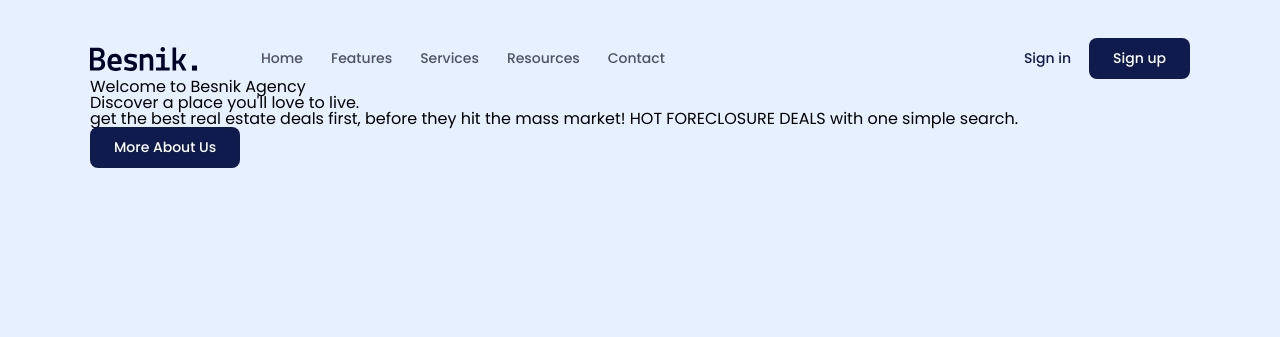
Repository: ducvui2003/f8-project-01
Page: index.html
These files come from the project's save history. The page is drawn as it stood at one moment and after the next save; the edit follows.
The browser window is 1280 px wide. The pictures show the whole page.

Above is the page before, as saved 2023-06-16 19:34:45.

### index.html
<!DOCTYPE html>
<html lang="en">

<head>
    <meta charset="UTF-8">
    <meta name="viewport" content="width=device-width, initial-scale=1.0">
    <title>f8-procject-01</title>

    <link rel="stylesheet" href="./asset/css/reset.css">
    <link rel="stylesheet" href="./asset/font/stylesheet.css">
    <link rel="stylesheet" href="./asset/css/styles.css">
</head>

<body>
    <main>
        <!-- Header -->
        <header class="header">
            <div class="content">
                <!--  -->
                <nav class="nav">
                    <!-- Logo -->
                    <img src="./asset/img/logo.svg" alt="">

                    <!-- Navigation -->
                    <ul>
                        <li><a href="">Home</a></li>
                        <li><a href="">Features</a></li>
                        <li><a href="">Services</a></li>
                        <li><a href="">Resources</a></li>
                        <li><a href="">Contact</a></li>
                    </ul>

                    <!-- Action -->
                    <div class="actions">
                        <a href="#!" class="action-link">Sign in</a>
                        <a href="#!" class="btn action-btn">Sign up</a>
                    </div>
                </nav>
                <div class="hero">
                    <div class="info">
                        <p class="sub-title">Welcome to Besnik Agency</p>
                        <h1 class="title">Discover a place
                            you'll love to live.</h1>
                        <p class="desc">get the best real estate deals first,
                            before they hit the mass market! HOT FORECLOSURE DEALS with one simple
                            search.</p>
                        <a href="#!" class="btn">More About Us</a>
                    </div>
                </div>
            </div>
        </header>

    </main>
</body>

</main>

</html>

### asset/font/stylesheet.css
/* =======Poppins font=========== */
@font-face {
  font-family: "Poppins";
  src: url("Poppins/Poppins-Black.woff2") format("woff2"),
    url("Poppins/Poppins-Black.woff") format("woff");
  font-weight: 900;
  font-style: normal;
  font-display: swap;
}

@font-face {
  font-family: "Poppins";
  src: url("Poppins/Poppins-BlackItalic.woff2") format("woff2"),
    url("Poppins/Poppins-BlackItalic.woff") format("woff");
  font-weight: 900;
  font-style: italic;
  font-display: swap;
}

@font-face {
  font-family: "Poppins";
  src: url("Poppins/Poppins-Bold.woff2") format("woff2"),
    url("Poppins/Poppins-Bold.woff") format("woff");
  font-weight: bold;
  font-style: normal;
  font-display: swap;
}

@font-face {
  font-family: "Poppins";
  src: url("Poppins/Poppins-BoldItalic.woff2") format("woff2"),
    url("Poppins/Poppins-BoldItalic.woff") format("woff");
  font-weight: bold;
  font-style: italic;
  font-display: swap;
}

@font-face {
  font-family: "Poppins";
  src: url("Poppins/Poppins-ExtraBold.woff2") format("woff2"),
    url("Poppins/Poppins-ExtraBold.woff") format("woff");
  font-weight: bold;
  font-style: normal;
  font-display: swap;
}

@font-face {
  font-family: "Poppins";
  src: url("Poppins/Poppins-ExtraBoldItalic.woff2") format("woff2"),
    url("Poppins/Poppins-ExtraBoldItalic.woff") format("woff");
  font-weight: bold;
  font-style: italic;
  font-display: swap;
}

@font-face {
  font-family: "Poppins";
  src: url("Poppins/Poppins-ExtraLight.woff2") format("woff2"),
    url("Poppins/Poppins-ExtraLight.woff") format("woff");
  font-weight: 200;
  font-style: normal;
  font-display: swap;
}

@font-face {
  font-family: "Poppins";
  src: url("Poppins/Poppins-ExtraLightItalic.woff2") format("woff2"),
    url("Poppins/Poppins-ExtraLightItalic.woff") format("woff");
  font-weight: 200;
  font-style: italic;
  font-display: swap;
}

@font-face {
  font-family: "Poppins";
  src: url("Poppins/Poppins-Italic.woff2") format("woff2"),
    url("Poppins/Poppins-Italic.woff") format("woff");
  font-weight: normal;
  font-style: italic;
  font-display: swap;
}

@font-face {
  font-family: "Poppins";
  src: url("Poppins/Poppins-Light.woff2") format("woff2"),
    url("Poppins/Poppins-Light.woff") format("woff");
  font-weight: 300;
  font-style: normal;
  font-display: swap;
}

@font-face {
  font-family: "Poppins";
  src: url("Poppins/Poppins-LightItalic.woff2") format("woff2"),
    url("Poppins/Poppins-LightItalic.woff") format("woff");
  font-weight: 300;
  font-style: italic;
  font-display: swap;
}

@font-face {
  font-family: "Poppins";
  src: url("Poppins/Poppins-Medium.woff2") format("woff2"),
    url("Poppins/Poppins-Medium.woff") format("woff");
  font-weight: 500;
  font-style: normal;
  font-display: swap;
}

@font-face {
  font-family: "Poppins";
  src: url("Poppins/Poppins-MediumItalic.woff2") format("woff2"),
    url("Poppins/Poppins-MediumItalic.woff") format("woff");
  font-weight: 500;
  font-style: italic;
  font-display: swap;
}

@font-face {
  font-family: "Poppins";
  src: url("Poppins/Poppins-SemiBold.woff2") format("woff2"),
    url("Poppins/Poppins-SemiBold.woff") format("woff");
  font-weight: 600;
  font-style: normal;
  font-display: swap;
}

@font-face {
  font-family: "Poppins";
  src: url("Poppins/Poppins-Regular.woff2") format("woff2"),
    url("Poppins/Poppins-Regular.woff") format("woff");
  font-weight: normal;
  font-style: normal;
  font-display: swap;
}

@font-face {
  font-family: "Poppins";
  src: url("Poppins/Poppins-SemiBoldItalic.woff2") format("woff2"),
    url("Poppins/Poppins-SemiBoldItalic.woff") format("woff");
  font-weight: 600;
  font-style: italic;
  font-display: swap;
}

@font-face {
  font-family: "Poppins";
  src: url("Poppins/Poppins-Thin.woff2") format("woff2"),
    url("Poppins/Poppins-Thin.woff") format("woff");
  font-weight: 100;
  font-style: normal;
  font-display: swap;
}

@font-face {
  font-family: "Poppins";
  src: url("Poppins/Poppins-ThinItalic.woff2") format("woff2"),
    url("Poppins/Poppins-ThinItalic.woff") format("woff");
  font-weight: 100;
  font-style: italic;
  font-display: swap;
}

### asset/css/styles.css
* {
  box-sizing: border-box;
}
html {
  font-size: 62.5%;
}
body {
  font-size: 1.6rem;
  font-family: "Poppins";
}
:root {
  --primary-color: #0f1b4c;
}
/* Common */
a {
  text-decoration: none;
}
.content {
  width: 1100px;
  max-width: calc(100% - 48px);
  margin-left: auto;
  margin-right: auto;
}

.btn {
  min-width: 98px;
  background-color: var(--primary-color);
  border-radius: 0.8rem;
  padding: 10px 24px;
  color: white;
  font-style: normal;
  font-weight: 500;
  font-size: 1.4rem;
  line-height: 2.1rem;
  display: inline-block;
}
.btn:hover {
  opacity: 0.9;
}
/* Header */
.header {
  height: 100vh;
  background-color: #e6f0ff;
}

.header .nav {
  display: flex;
  align-items: center;
  padding-top: 38px;
}
.header .nav ul {
  margin-left: 50px;
  margin-right: auto;

  display: flex;
  justify-content: space-between;
}

.header .nav ul a {
  color: #4f5361;
  padding: 8px 14px;
  /* Padding in tag inline block  */
}
.header .nav ul a:hover {
  text-decoration: underline;
}
.header .nav a {
  font-weight: 500;
  font-size: 1.4rem;
  line-height: 2.1rem;
}
.header .nav .actions {
  display: flex;
  justify-content: center;
  align-items: center;
  gap: 1.8rem;
}
.header .nav .action-link {
  color: var(--primary-color);
}
.header .nav .action-btn {
}

Loaded but not shown: asset/css/reset.css (common file)

After the next save:
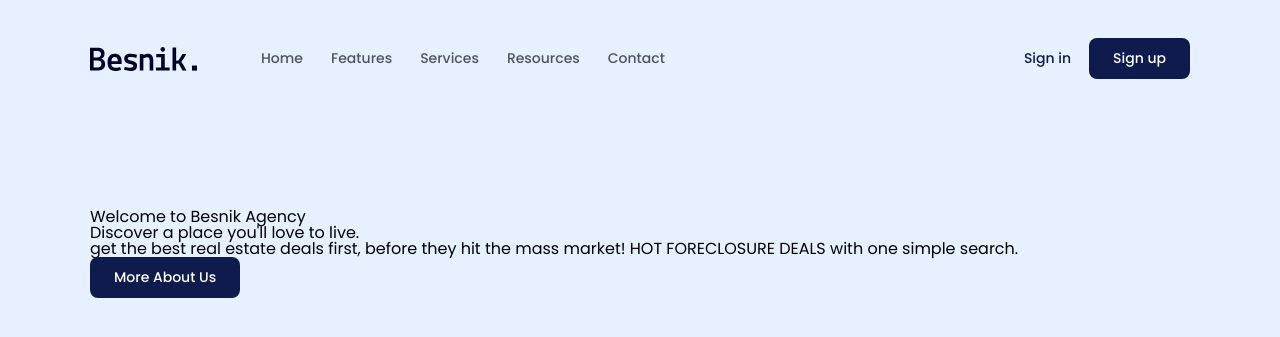
Saved 88 s later.
--- a/asset/css/styles.css
+++ b/asset/css/styles.css
@@ -78,5 +78,6 @@
 .header .nav .action-link {
   color: var(--primary-color);
 }
-.header .nav .action-btn {
+.hero {
+  margin-top: 130px;
 }
